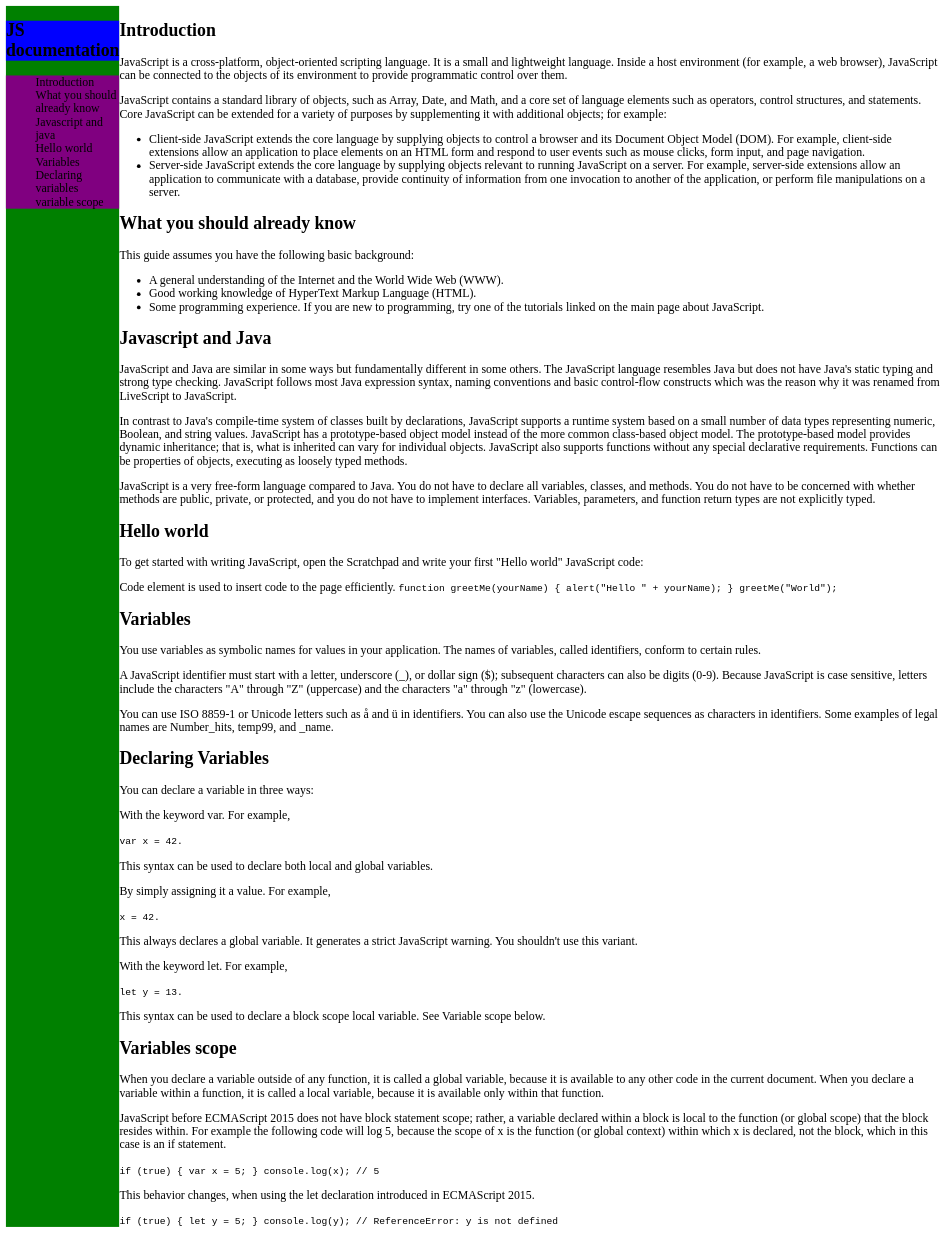
Repository: Pafestivo/Technical-documentation
Page: index.html
These files come from the project's save history. The page is drawn as it stood at one moment and after the next save; the edit follows.
The browser window is 1280 px wide. The pictures show the whole page, at 74% of full size.

Above is the page before, as saved 2022-09-07 13:03:22.

After the next save:
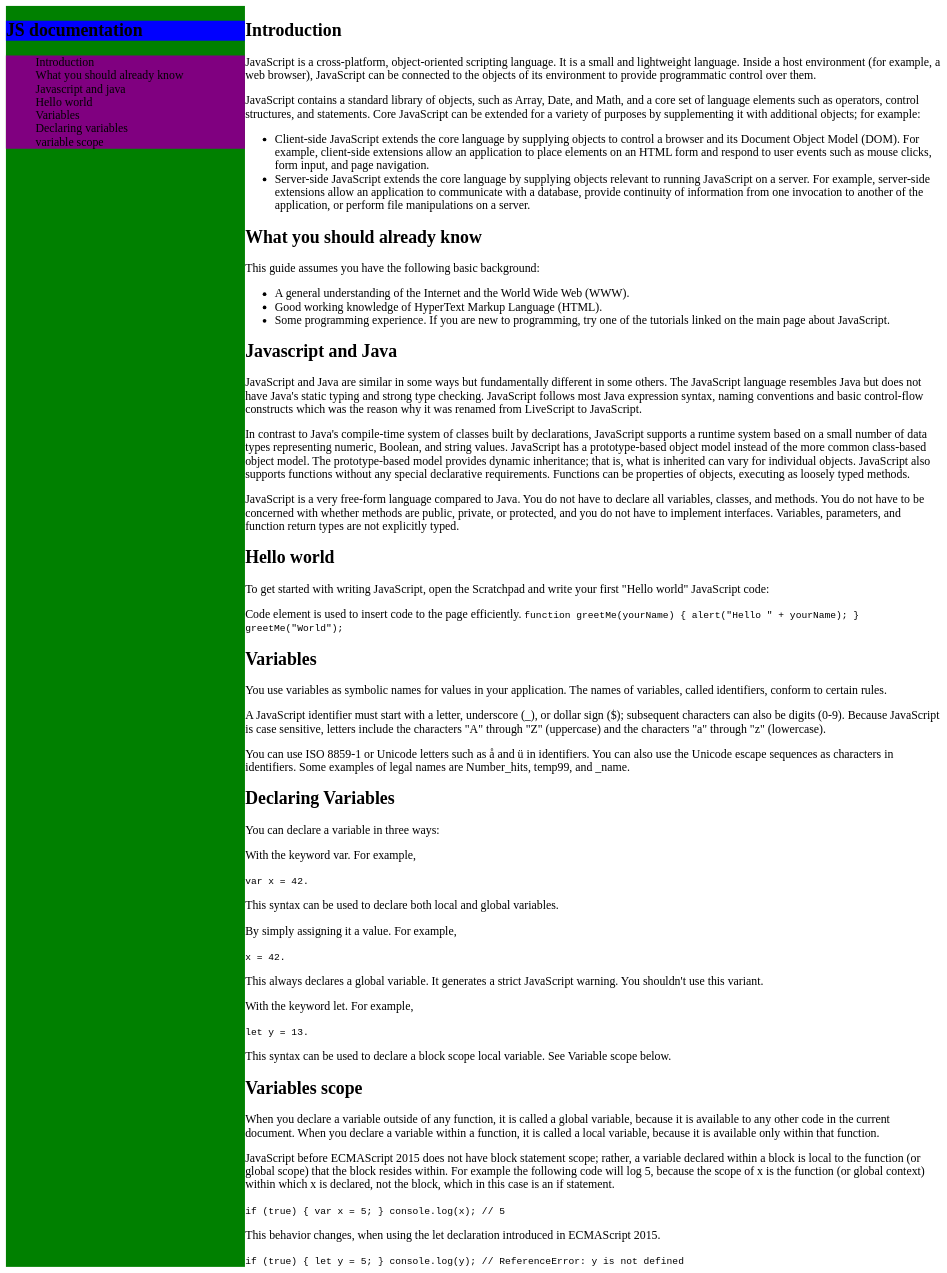
Saved 18 s later.
--- a/styles.css
+++ b/styles.css
@@ -10,11 +10,11 @@ body {
 /* Navigation bar  */
 #navbar {
   background-color: green;
+  width: 100%;
 }
 
 #navbar header {
   background-color: blue;
-  width: 100%;
 }
 
 #navbar ul {
